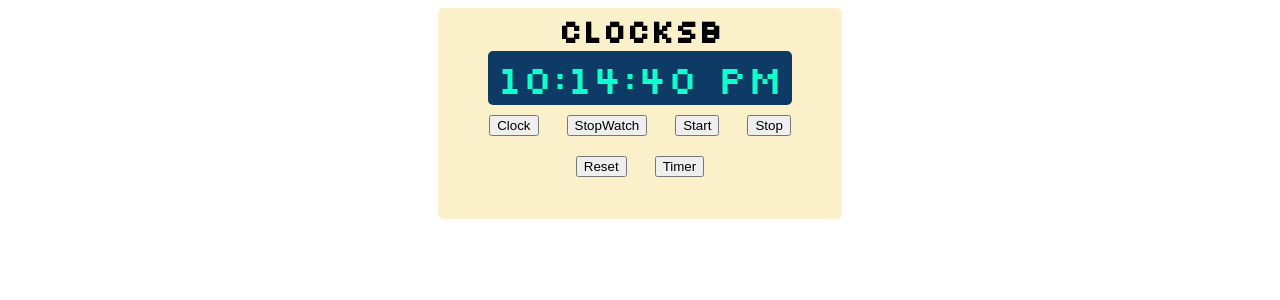
Repository: ourshadetree/clockSB
Page: index.html
An editor plug-in stored every save of this project. The page is shown before and after the next save, followed by the edit.
The browser window is 1280 px wide. The pictures show the whole page.
After loading, the first visible `button[onclick="start()"]` was clicked once.

Above is the page before, as saved 2025-12-06 08:22:11.

### index.html
<!DOCTYPE html>
<html lang="en">
<head>
    <meta charset="UTF-8">
    <meta name="viewport" content="width=device-width, initial-scale=1.0">
    <title>clockSB</title>
    <link href="style.css" rel="stylesheet"/>
    <script src="index.js"></script>
</head>
<body>
    <div id="outer-shell">
        <h1 id="title">ClockSB</h1>

        <div id="screen">
            <span id="clockScreen">Clock stuff</span>

        </div>
        <button onClick="loadClock()">Clock</button>
        <button onClick="loadSW()">StopWatch</button>
        <button onClick="start()">Start</button>
        <button onClick="end()">Stop</button>
        <button onClick="reset()">Reset</button>
        <button>Timer</button>
    </div>
</body>
</html>

### style.css
@font-face {
    font-family: 'Silkscreen';
    src: url('./fonts/Silkscreen-Regular.ttf') format('truetype');
    font-weight: normal;
    font-style: normal;
}

body {
    font-family: 'Silkscreen', sans-serif;
    text-align: center;
}

#clockScreen {
    color: aquamarine;
    mix-blend-mode: hard-light;
    font-size: 40px;
}

#title {
    margin: 0;
}

button {
    margin: 10px;
}

#outer-shell {
    margin: auto;
    border: 2px solid #FAF0CA;
    border-radius: 5px;
    background-color: #FAF0CA;
    padding-bottom: 30px;
    width: 400px;
}

#screen {
    margin: auto;
    border: 2px solid #0D3B66;
    border-radius: 5px;
    background-color: #0D3B66;

    width: 300px;
    height: 50px;
}

### index.js
var checkT = new Date();
var time;
var amPm = "AM";
var seconds;
var minutes;
var hours;

window.onload = function() {
    loadClock();
}

function clearAllIntervals() {
    for(let i = 1; i < 99999; i++) {
        window.clearInterval(i);
    }
}

function loadClock() {
    getTime();
    setInterval(getTime, 1000);
}

function getTime() {
    var currentTime = new Date();
    minutes = currentTime.getMinutes();
    hours = currentTime.getHours();
    seconds = currentTime.getSeconds();

    if(hours > 12) {
        amPm = "PM";
    } else {
        amPm = "AM";
    }

    if(hours > 12) {
        hours = hours - 12;
    }

    if(minutes < 10) {
        minutes = "0" + minutes;
    }

    if(seconds < 10) {
        seconds = "0" + seconds;
    }

    let time = hours + ":" + minutes + ":" + seconds + " " + amPm;

    let timeNow = document.getElementById("clockScreen");
    timeNow.innerHTML = time;

}

function loadSW() {
    clearAllIntervals();
    stopWatch();
}

function stopWatch() {
    seconds = 0;
    minutes = 0;
    hours = 0;

    document.getElementById("clockScreen").innerHTML = "00:00:00";
}

function start() {
    setInterval(seconds++, 1000);

    if(seconds < 10) {
        seconds = "0" + seconds;
    }
    if(minutes < 10) {
        minutes = "0" + minutes;
    }
    if(hours < 10) {
        hours = "0" + hours;
    }
    if(seconds == 60) {
        seconds = 0;
        minutes++;
    }
    if(minutes == 60) {
        minutes = 0;
        hours++;
    }

    document.getElementById("clockScreen").innerHTML = hours + ":" + minutes + ":" + seconds;
}

After the next save:
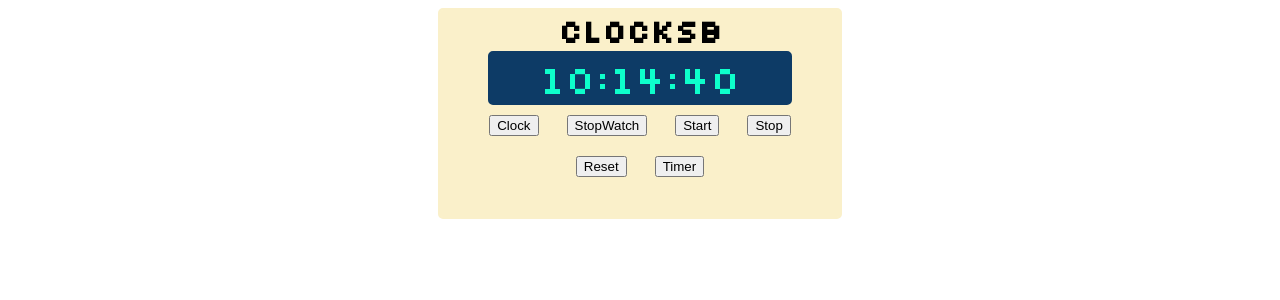
Saved 2 min 19 s later.
--- a/index.js
+++ b/index.js
@@ -65,7 +65,11 @@ function stopWatch() {
 }
 
 function start() {
-    setInterval(seconds++, 1000);
+    countUp();
+    setInterval(countUp, 1000);
+}
+
+function countUp() {
 
     if(seconds < 10) {
         seconds = "0" + seconds;
